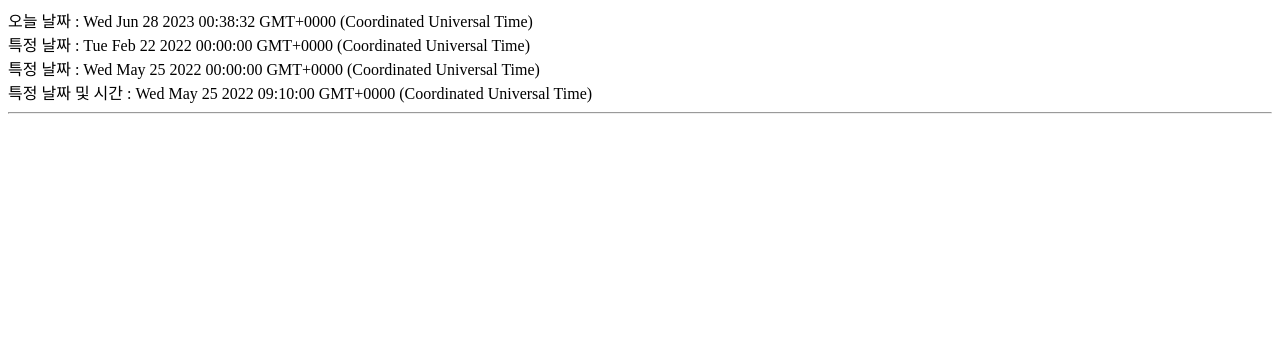
Repository: wjsjsn/23_webstudy
Page: 03_javascript/src/main/webapp/day03/Ex02_date.html
The author's editor kept a copy of each file at every save. The page is drawn from the files as they stood at one save, then again after the next save.
The browser window is 1280 px wide. The pictures show the whole page.

Above is the page before, as saved 2023-06-29 01:57:57.

### 03_javascript/src/main/webapp/day03/Ex02_date.html
<!DOCTYPE html>
<html>
<head>
<meta charset="UTF-8">
<title>Date 객체 : 내장 객체</title>
<script type="text/javascript">
	document.write("오늘 날짜 : " + new Date() + "<br>")
	document.write("특정 날짜 : " + new Date("2022-02-22") + "<br>")
	document.write("특정 날짜 : " + new Date(2022, 04, 25) + "<br>")
	document.write("특정 날짜 및 시간 : " + new Date(2022, 04, 25, 09, 10) + "<br>")
	document.write("<hr>")
</script>
</head>
<body>

</body>
</html>

After the next save:
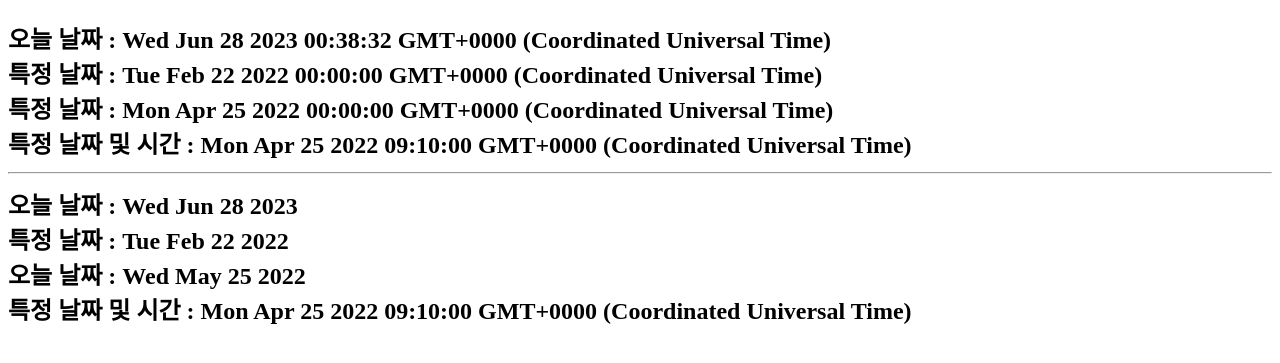
Saved 7 min 11 s later.
--- a/03_javascript/src/main/webapp/day03/Ex02_date.html
+++ b/03_javascript/src/main/webapp/day03/Ex02_date.html
@@ -4,11 +4,20 @@
 <meta charset="UTF-8">
 <title>Date 객체 : 내장 객체</title>
 <script type="text/javascript">
+	document.write("<h2>")
 	document.write("오늘 날짜 : " + new Date() + "<br>")
 	document.write("특정 날짜 : " + new Date("2022-02-22") + "<br>")
-	document.write("특정 날짜 : " + new Date(2022, 04, 25) + "<br>")
-	document.write("특정 날짜 및 시간 : " + new Date(2022, 04, 25, 09, 10) + "<br>")
+
+	// 월을 -1을 해야함(0 ~ 11)
+	document.write("특정 날짜 : " + new Date(2022, 04 - 1, 25) + "<br>")
+	document.write("특정 날짜 및 시간 : " + new Date(2022, 04 - 1, 25, 09, 10) + "<br>")
 	document.write("<hr>")
+
+		document.write("오늘 날짜 : " + new Date().toDateString() + "<br>")
+	document.write("특정 날짜 : " + new Date("2022-02-22").toDateString() + "<br>")
+		document.write("오늘 날짜 : " + new Date(2022, 04, 25).toDateString() + "<br>")
+	document.write("특정 날짜 및 시간 : " + new Date(2022, 04 - 1, 25, 09, 10) + "<br>")
+	document.write("</h2>")
 </script>
 </head>
 <body>
